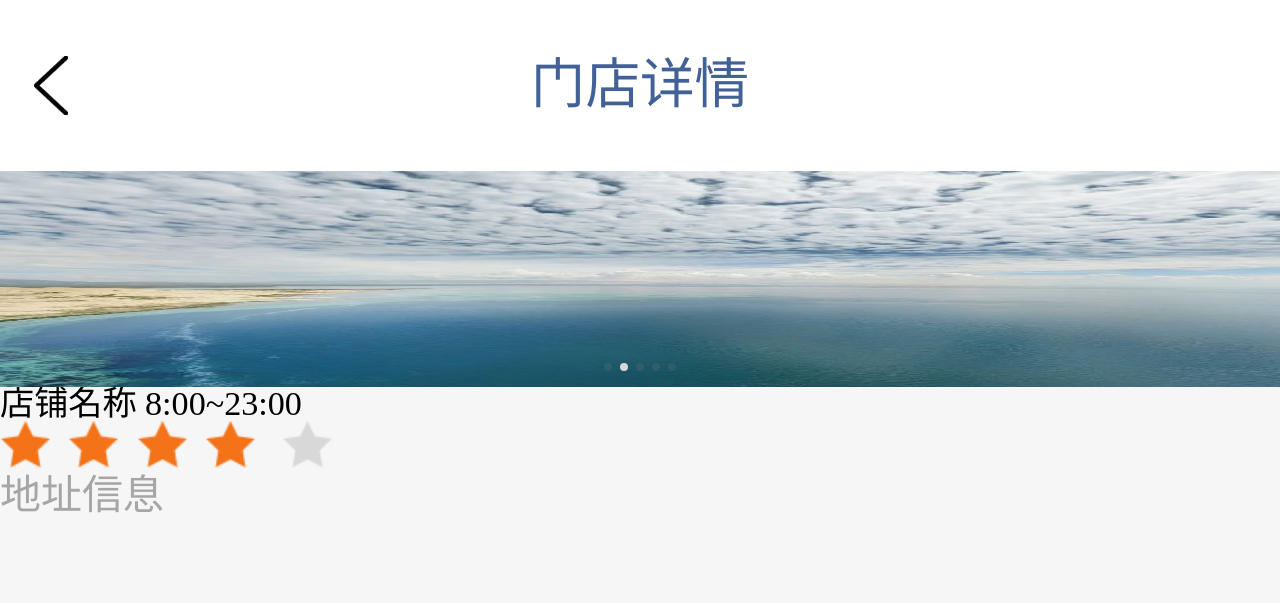
Repository: 421538074/sell
Page: consumer/shop-detail.html
The author's editor kept a copy of each file at every save. The page is drawn from the files as they stood at one save, then again after the next save.
The browser window is 1280 px wide. The pictures show the whole page.

Above is the page before, as saved 2019-06-03 10:57:13.

### consumer/shop-detail.html
<!DOCTYPE html>
<html lang="en">

<head>
    <meta charset="UTF-8">
    <meta name="viewport" content="width=device-width, initial-scale=1.0">
    <meta http-equiv="X-UA-Compatible" content="ie=edge">
    <title>门店详情</title>
    <link rel="stylesheet" href="../css/swiper.min.css">
    <link rel="stylesheet" href="../css/base.css">
    <link rel="stylesheet" href="css/common.css">
    <link rel="stylesheet" href="css/shop-detail.css">
</head>

<body>
    <div id="app" class="content">
        <nav class="nav-bar-wrapper">
            <img @click="back" src="../img/back.png" class="back-icon">
            <p class="nav-bar-title">门店详情</p>
        </nav>
        <!-- swiper轮播图 -->
        <div class="swiper-container show-img-wrapper">
            <div class="swiper-wrapper">
                <div class="swiper-slide" v-for="item in 5">
                    <img src="../img/1.jpg" class="slide-img" alt="">
                </div>
            </div>
            <div class="swiper-pagination"></div>
        </div>
        <!-- 详细信息 -->
        <div class="shop-detail-info">
            <p class="shop-name-time">
                <span class="shop-title">店铺名称</span>
                <span class="time">8:00~23:00</span>
            </p>
            <p class="shop-score">
                <img v-for="n in 4" src="../img/Star1.png" class="score-icon">
                <img src="../img/Star.png" class="score-icon">
            </p>
            <p class="shop-address">
                <span class="address ellipsis">地址信息</span>
            </p>
        </div>
    </div>
    <script src="../js/api.js"></script>
    <script src="../js/jquery.min.js"></script>
    <script src="../js/swiper.min.js"></script>
    <script src="../js/vue.js"></script>
    <script src="js/vue-mixin.js"></script>
    <script src="js/shop-detail.js"></script>
</body>

</html>

### css/base.css
/* http://meyerweb.com/eric/tools/css/reset/
   v2.0 | 20110126
   License: none (public domain)
*/

html,
body,
div,
span,
applet,
object,
iframe,
h1,
h2,
h3,
h4,
h5,
h6,
p,
blockquote,
pre,
a,
abbr,
acronym,
address,
big,
cite,
code,
del,
dfn,
em,
img,
ins,
kbd,
q,
s,
samp,
small,
strike,
strong,
sub,
sup,
tt,
var,
b,
u,
i,
center,
dl,
dt,
dd,
ol,
ul,
li,
fieldset,
form,
label,
legend,
table,
caption,
tbody,
tfoot,
thead,
tr,
th,
td,
article,
aside,
canvas,
details,
embed,
figure,
figcaption,
footer,
header,
hgroup,
menu,
nav,
output,
ruby,
section,
summary,
time,
mark,
audio,
video {
    margin: 0;
    padding: 0;
    border: 0;
    font-size: 100%;
    font: inherit;
    vertical-align: baseline;
}

/* HTML5 display-role reset for older browsers */
article,
aside,
details,
figcaption,
figure,
footer,
header,
hgroup,
menu,
nav,
section {
    display: block;
}

body {
    line-height: 1;
}

ol,
ul {
    list-style: none;
}

blockquote,
q {
    quotes: none;
}

blockquote:before,
blockquote:after,
q:before,
q:after {
    content: '';
    content: none;
}

table {
    border-collapse: collapse;
    border-spacing: 0;
}


body,
html {
    font-size: calc(100vw / 37.5) !important;
    font-family: PingFangSC-Medium;
    background: #F2F2F2;
}


[v-cloak] {
    display: none;
}


hr {
    margin: 0;
    padding: 0;
}

.clearfix {
    zoom: 1;
}

.clearfix:after {
    content: ".";
    display: block;
    visibility: hidden;
    height: 0;
    clear: both;
}

[v-cloak] {
    display: none;
}

### consumer/css/common.css
*{
    box-sizing: border-box;
}
html,body{
    background: #f6f6f6;
}
html,body,div.content{
    height: 100%;
}
/*底部菜单栏*/
nav.tool-bar-wrapper {
    height: 5rem;
    background: #ffffff;
    display: flex;
    align-items: center;
    justify-content: space-around;
}
a.nav-item {
    color: #888888;
    text-decoration: none;
    font-size: 1.5rem;
    display: flex;
    flex-direction: column;
    align-items: center;
    justify-content: space-around;
    height: 90%;
}
a.nav-item.active{
    color: #0093FF;
}
img.nav-item-icon{
    width: 1.5rem;
    height: 1.5rem;
}
.ellipsis{
    overflow: hidden;
    white-space: nowrap;
    text-overflow: ellipsis;
}
/*顶部返回栏 */
nav.nav-bar-wrapper {
    background: #FFFFFF;
    height: 5rem;
    display: flex;
    align-items: center;
    justify-content: space-around;
    position: fixed;
    width: 100%;
    top: 0;
    z-index: 2;
    font-size: 1.6rem;
    color: #426196;
}
img.back-icon {
    position: absolute;
    width: 1rem;
    left: 1rem;
}

### consumer/css/shop-detail.css
div.content {
    padding-top: 5rem;
}

.show-img-wrapper {
    height: 30vh;
    max-height: 30vh;
}

img.slide-img {
    width: 100%;
    height: 100%;
}

.swiper-pagination-bullet {
    background: #7C7C7C;
}
.swiper-pagination-bullet-active {
    background: #D8D8D8;
}
img.score-icon {
    width: 1.5rem;
    margin-right: 0.5rem;
}
span.address {
    color: #A6A6A6;
    font-size: 1.2rem;
}

### js/api.js
function getUrlKey(name) {
    return decodeURIComponent((new RegExp('[?|&]' + name + '=' + '([^&;]+?)(&|#|;|$)').exec(location.href) || [, ""])[1].replace(/\+/g, '%20')) || null;
}


// window.warn = {
//     alert: function alert(msg) {
//         var template = `
// `
//         $('body').append(template);
//         $('.alert-body').animate({
//             top: "40px"
//         }, 200);
//         // setTimeout(function () {
//         //     warn.close();
//         // }, 1500);
//     },
//     close: function close() {
//         $('.alert-body').animate({
//             top: "-280px"
//         }, 200);
//         setTimeout(function () {
//             $('#alert-msg').remove();
//         }, 200);
//     }
// };

### consumer/js/vue-mixin.js
Vue.mixin({
    methods: {
        /**
         * 返回
         */
        back() {
            history.go(-1);
        },
        /**
         * 限制长度
         * @param {String} 要限制长度的字段
         * @param {Number} 长度
         */
        limitLength(key, length) {
            this[key] = this[key].substring(0, length);
        },
        /**
         * 验证11位手机号
         * @param {Number} phone
         */
        validatePhone(phone) {
            const phoneReg = /^[1-9][0-9]{9}[0-9]$/;
            return phoneReg.test(phone);
        },
        /**
         * 发送手机验证码
         * @param {Number} waitTimeKey 等待时间键名
         * @param {String} tipsKey 发送验证码显示的信息的键名
         * @param {String} phoneKey 手机号键名
         * @param {String} reSendMsg  按钮默认显示的文字
         */
        sendCode(waitTimeKey, tipsKey, phoneKey, defaultMsg) {
            if (!this.validatePhone(this[phoneKey])) {
                alert('无效手机号!');
                return;
            }
            if (this[waitTimeKey] == 60) {
                $.post('', {
                        phone: this[phoneKey]
                    }, (res) => {
                        if (res.status == 1) {
                            const interval = setInterval(() => {
                                if (this[waitTimeKey] == 1) {
                                    this[waitTimeKey] = 60;
                                    this[tipsKey] = defaultMsg;
                                    clearInterval(interval);
                                    return;
                                }
                                this[waitTimeKey] -= 1;
                                this[tipsKey] = `${this[waitTimeKey]}s`;
                            }, 1000);
                        } else {
                            alert('发送失败!');
                        }
                    }, 'json')
                    .fail(err => {
                        alert('服务器异常!');
                    });
            }
        },
        /**
         * 链接跳转
         * @param {String} url
         */
        linkTo(url) {
            window.location.href = url;
        }
    },
    filters: {

    }
})

### consumer/js/shop-detail.js
new Vue({
    el:'#app',
    data() {
        return {

        }
    },
    methods: {
        // 初始化轮播组件
        initSwiper(el) {
            new Swiper(el, {
                slidesPerView: 1,
                spaceBetween: 30,
                loop: true,
                autoplay: {
                    delay: 2500,
                    disableOnInteraction: false,
                },
                observer: true, //修改swiper自己或子元素时，自动初始化swiper
                observeParents: true, //修改swiper的父元素时，自动初始化swiper
                pagination: {
                    el: '.swiper-pagination',
                }
            });
        }
    },
    mounted() {
        this.$nextTick(() => {
            this.initSwiper('.show-img-wrapper');
        })
    },
});

Loaded but not shown: css/swiper.min.css (library); js/jquery.min.js (library); js/swiper.min.js (library); js/vue.js (library)

After the next save:
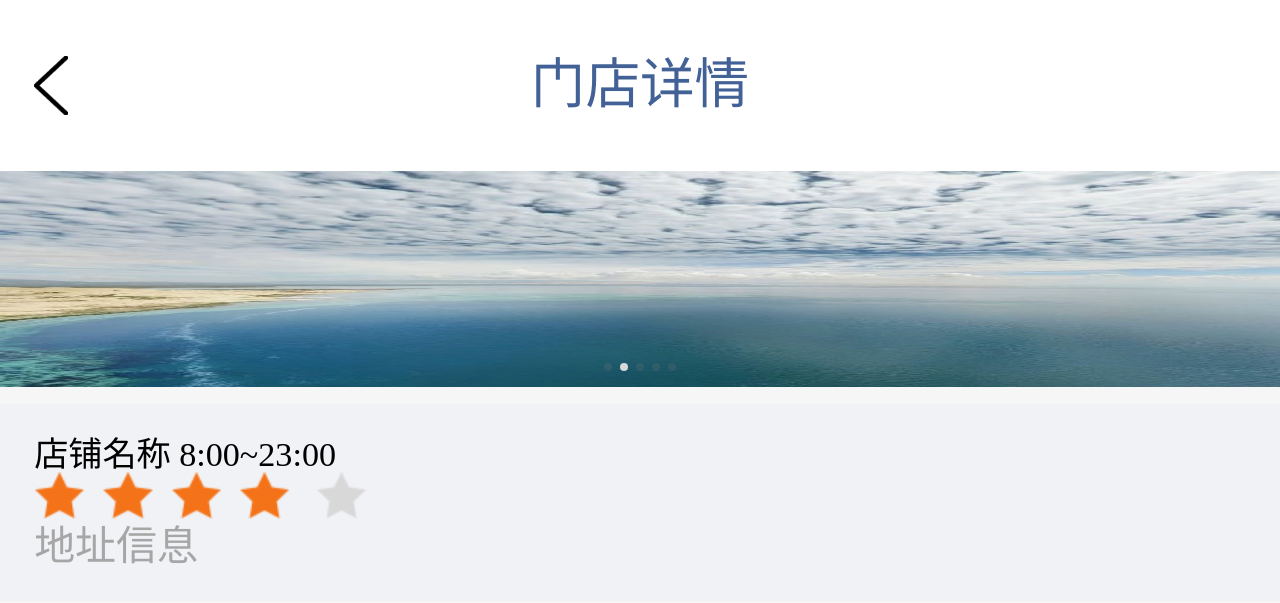
Saved 55 s later.
--- a/consumer/css/shop-detail.css
+++ b/consumer/css/shop-detail.css
@@ -26,3 +26,8 @@ span.address {
     color: #A6A6A6;
     font-size: 1.2rem;
 }
+.shop-detail-info {
+    background: #F0F2F5;
+    margin-top: 0.5rem;
+    padding: 1rem;
+}
